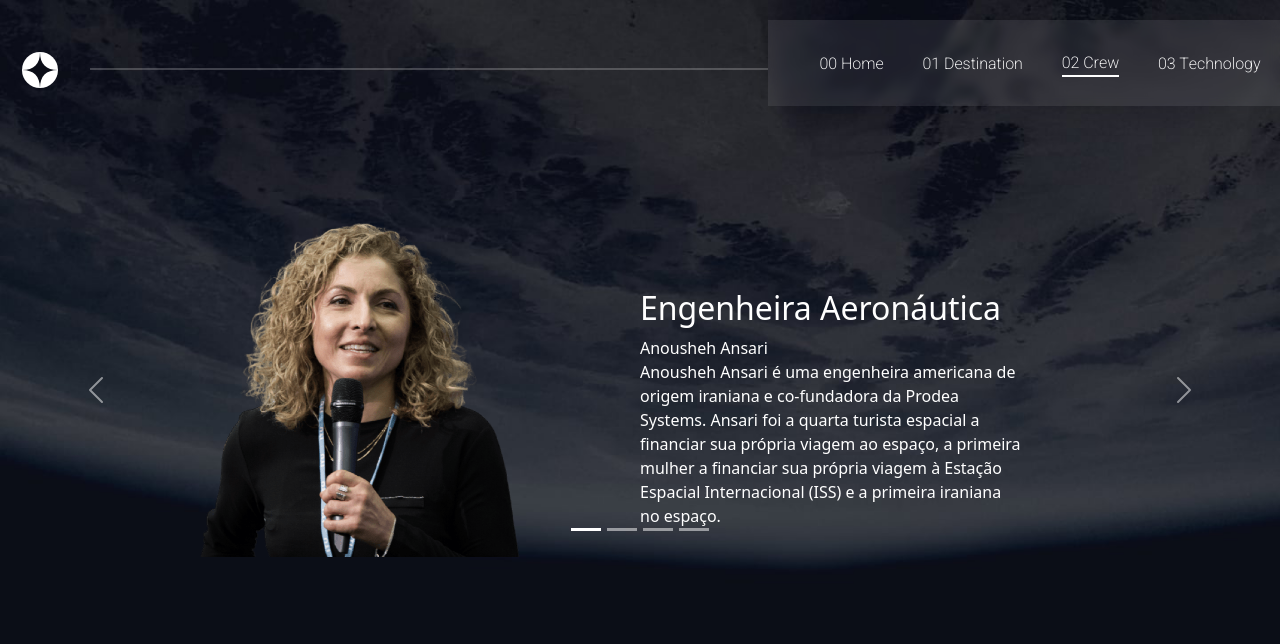
Repository: Leonngc/space-site
Page: crew-commander.html
These files come from the project's save history. The page is drawn as it stood at one moment and after a run of saves; the edit follows.
The browser window is 1280 px wide. The pictures show the whole page.

Above is the page before, as saved 2023-05-01 16:11:20.

After the next 3 saves:
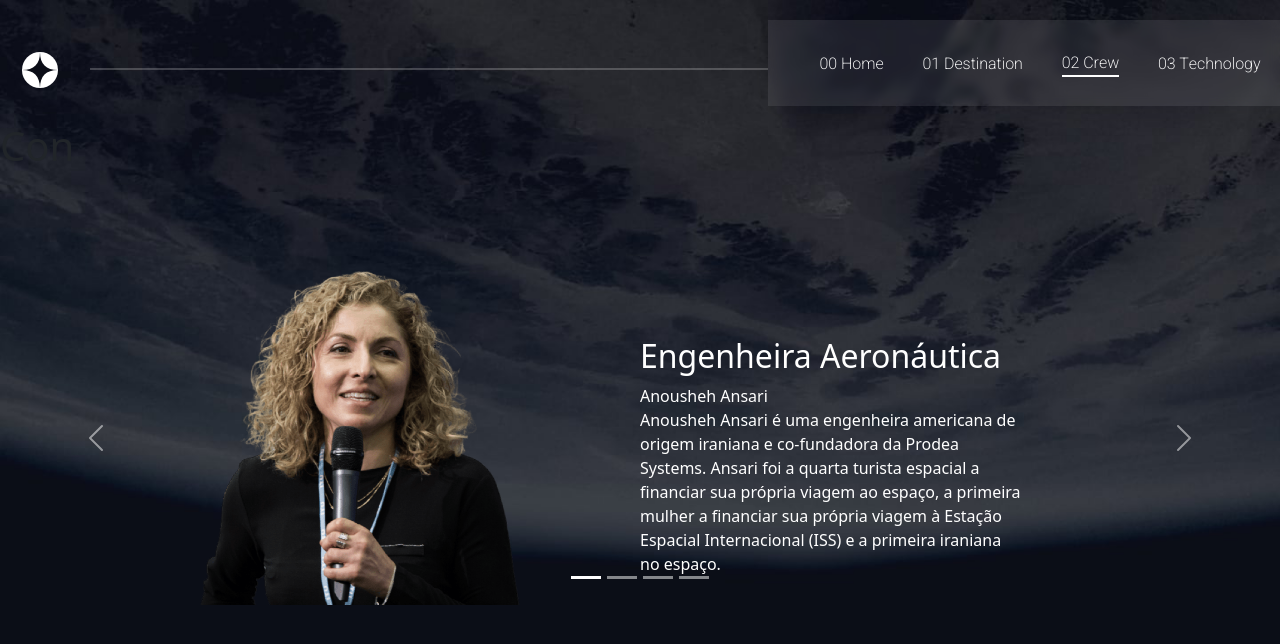
The 3 saves are shown as one change because they came seconds apart.
The last was saved 58 s later.
--- a/crew-commander.html
+++ b/crew-commander.html
@@ -28,8 +28,9 @@
       <li class="item-menu"><a href="#">03 Technology</a></li>
       </ul>
     </nav>
+  </header>
 
-  </header>
+  <h1>Con</h1>
 
   <div id="carouselExampleIndicators" class="carousel slide" style="margin-top: 100px; margin-bottom: 100px;">
     <div class="carousel-indicators">
